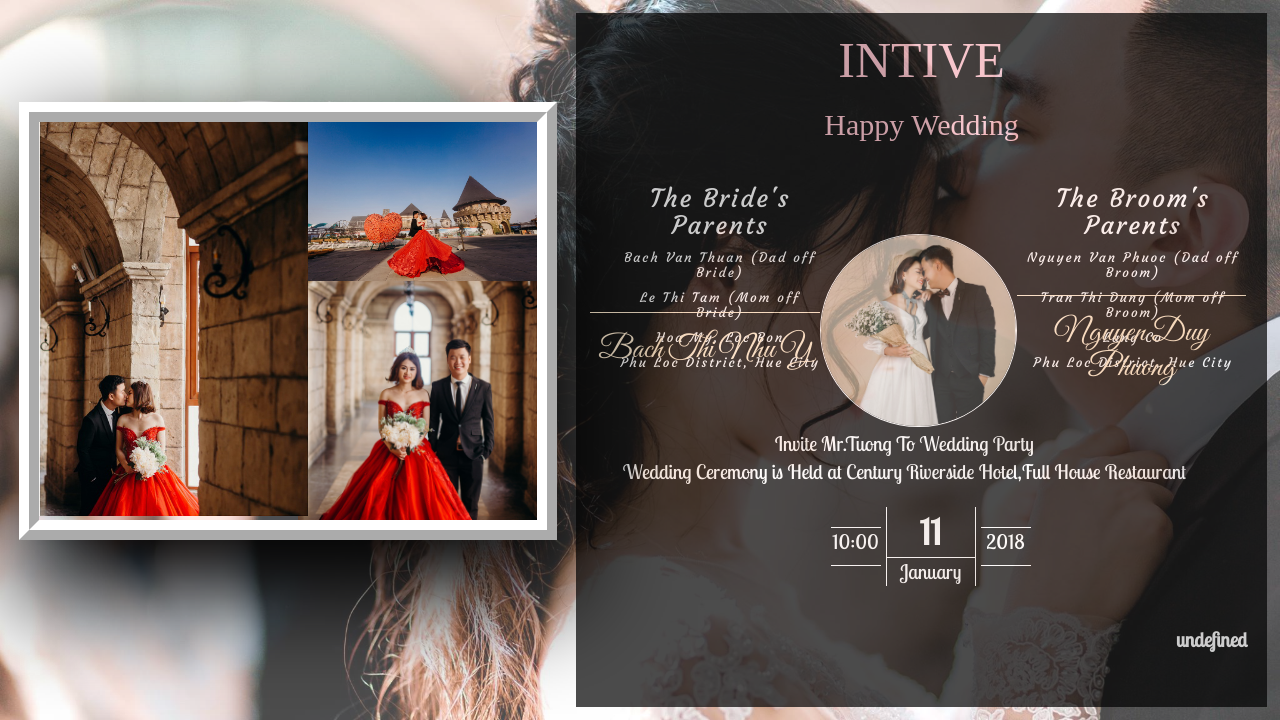
Repository: nguyenhuutuong999/WeddingOfSister
Page: index.html
An editor plug-in stored every save of this project. The page is shown before and after the next save, followed by the edit.
The browser window is 1280 px wide. The pictures show the whole page.
Some web fonts or font styles are not loaded; a fallback is used.

Above is the page before, as saved 2019-09-17 21:06:57.

After the next save:
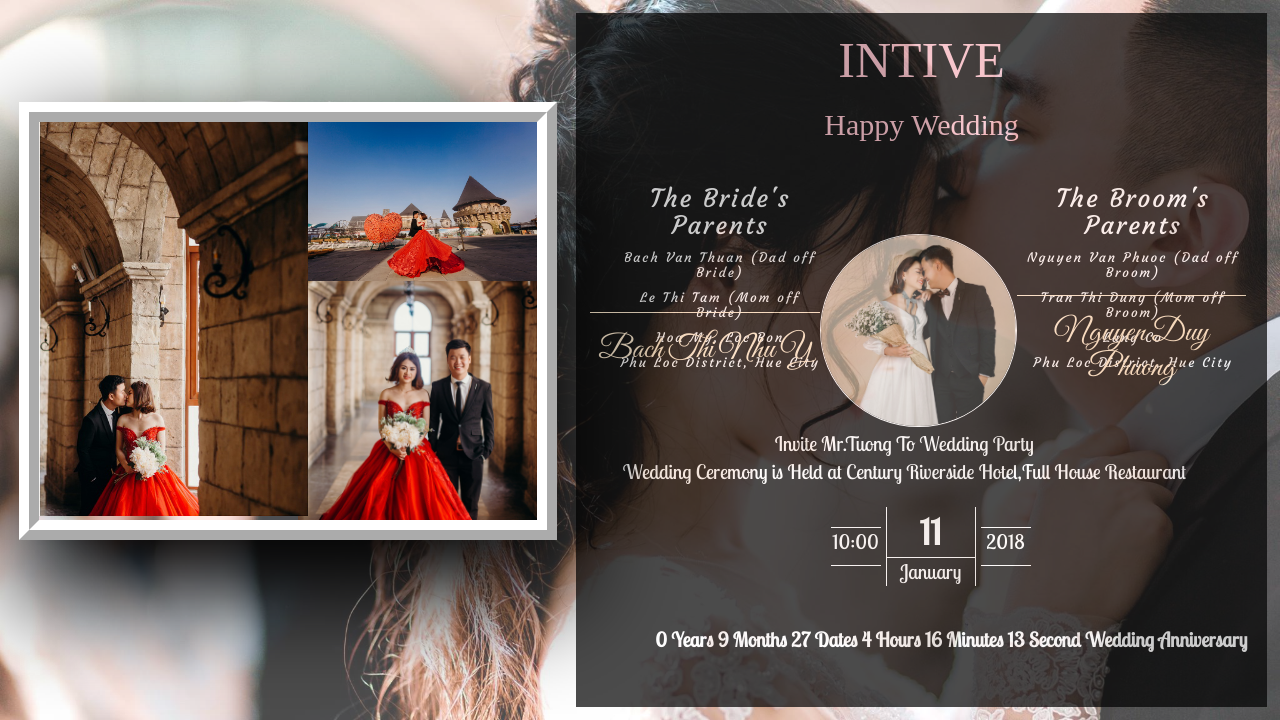
Saved 4 s later.
--- a/index.html
+++ b/index.html
@@ -173,26 +173,26 @@
                 }
             }
 
-            // if (today.getFullYear() - dateAnniver.year > 0) {
-            //     if (today.getDate() - dateAnniver.date >= 0) {
-            //         if (today.getMonth() + 1 - dateAnniver.month >= 0) {
-            //             var date = (today.getFullYear() - dateAnniver.year) + " Years " + (today.getMonth() + 1 - dateAnniver.month) + " Months " + (today.getDate() - dateAnniver.date) + " Dates " + (dateAnniver.hour - today.getHours()) + " Hours " + (today.getMinutes() - dateAnniver.minutes) + " Minutes " + (today.getSeconds() - dateAnniver.second + " Second Wedding Anniversary");
-
-            //         } else {
-            //             var date = ((today.getFullYear() - dateAnniver.year) - 1) + " Years " + (12 + (today.getMonth() - dateAnniver.month + 1)) + " Months " + (today.getDate() - dateAnniver.date) + " Dates " + (dateAnniver.hour - today.getHours()) + " Hours " + (today.getMinutes() - dateAnniver.minutes) + " Minutes " + (today.getSeconds() - dateAnniver.second + " Second Wedding Anniversary");
-            //         }
-            //     }
-
-            //     else if (today.getDate() - dateAnniver.date < 0) {
-            //         if (today.getMonth() + 1 - dateAnniver.month >= 0) {
-            //             var date = ((today.getFullYear() - dateAnniver.year)) + " Years " + (today.getMonth() - dateAnniver.month) + " Months " + (30 + today.getDate() - dateAnniver.date) + " Dates " + (dateAnniver.hour - today.getHours()) + " Hours " + (today.getMinutes() - dateAnniver.minutes) + " Minutes " + (today.getSeconds() - dateAnniver.second + " Second Wedding Anniversary");
-
-            //         }
-            //         else{
-            //             var date = ((today.getFullYear() - dateAnniver.year) - 1) + " Years " + (12 + (today.getMonth() - dateAnniver.month)) + " Months " + (30 + today.getDate() - dateAnniver.date) + " Dates " + (dateAnniver.hour - today.getHours()) + " Hours " + (today.getMinutes() - dateAnniver.minutes) + " Minutes " + (today.getSeconds() - dateAnniver.second + " Second Wedding Anniversary");
-            //         }
-            //     }
-            // }
+            if (today.getFullYear() - dateAnniver.year > 0) {
+                if (today.getDate() - dateAnniver.date >= 0) {
+                    if (today.getMonth() + 1 - dateAnniver.month >= 0) {
+                        var date = (today.getFullYear() - dateAnniver.year) + " Years " + (today.getMonth() + 1 - dateAnniver.month) + " Months " + (today.getDate() - dateAnniver.date) + " Dates " + (dateAnniver.hour - today.getHours()) + " Hours " + (today.getMinutes() - dateAnniver.minutes) + " Minutes " + (today.getSeconds() - dateAnniver.second + " Second Wedding Anniversary");
+
+                    } else {
+                        var date = ((today.getFullYear() - dateAnniver.year) - 1) + " Years " + (12 + (today.getMonth() - dateAnniver.month + 1)) + " Months " + (today.getDate() - dateAnniver.date) + " Dates " + (dateAnniver.hour - today.getHours()) + " Hours " + (today.getMinutes() - dateAnniver.minutes) + " Minutes " + (today.getSeconds() - dateAnniver.second + " Second Wedding Anniversary");
+                    }
+                }
+
+                else if (today.getDate() - dateAnniver.date < 0) {
+                    if (today.getMonth() + 1 - dateAnniver.month >= 0) {
+                        var date = ((today.getFullYear() - dateAnniver.year)) + " Years " + (today.getMonth() - dateAnniver.month) + " Months " + (30 + today.getDate() - dateAnniver.date) + " Dates " + (dateAnniver.hour - today.getHours()) + " Hours " + (today.getMinutes() - dateAnniver.minutes) + " Minutes " + (today.getSeconds() - dateAnniver.second + " Second Wedding Anniversary");
+
+                    }
+                    else{
+                        var date = ((today.getFullYear() - dateAnniver.year) - 1) + " Years " + (12 + (today.getMonth() - dateAnniver.month)) + " Months " + (30 + today.getDate() - dateAnniver.date) + " Dates " + (dateAnniver.hour - today.getHours()) + " Hours " + (today.getMinutes() - dateAnniver.minutes) + " Minutes " + (today.getSeconds() - dateAnniver.second + " Second Wedding Anniversary");
+                    }
+                }
+            }
 
         document.getElementById("countDown").innerHTML = date;
     }, 1000);
